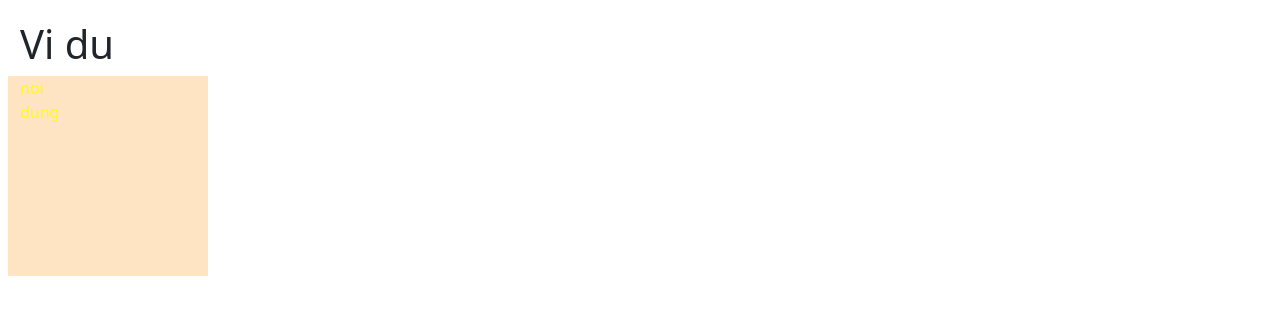
Repository: thanhp6868/ltWeb
Page: 0410/1/1.html
An editor plug-in stored every save of this project. The page is shown before and after the next save, followed by the edit.
The browser window is 1280 px wide. The pictures show the whole page.
The pointer rests on the first visible `#vidu_transition`.

Above is the page before, as saved 2023-10-04 13:57:47.

### 0410/1/1.html
<!DOCTYPE html>
<html lang="en">

<head>
    <meta charset="UTF-8">
    <link href="https://cdn.jsdelivr.net/npm/bootstrap@5.2.3/dist/css/bootstrap.min.css" rel="stylesheet"
        integrity="sha384-rbsA2VBKQhggwzxH7pPCaAqO46MgnOM80zW1RWuH61DGLwZJEdK2Kadq2F9CUG65" crossorigin="anonymous">
    <meta name="viewport" content="width=device-width, initial-scale=1.0">
    <link rel="stylesheet" type="" href="style1.css">
    <title>Document</title>
</head>

<body style="padding: 20px;">
    <h1>Vi du</h1>
    <div class="row">
        <div id="vidu_transition">
            <div class="col-3" ,>
                noi dung
            </div>
        </div>
    </div>
</body>

</html>

### 0410/1/style1.css
#vidu_transition{
    height: 100px;
    width: 100px;
    background-color: bisque;
    transition: 0.5s;

}
#vidu_transition:hover{
        height: 200px;
        width: 200px;
        color: yellow;
}

After the next save:
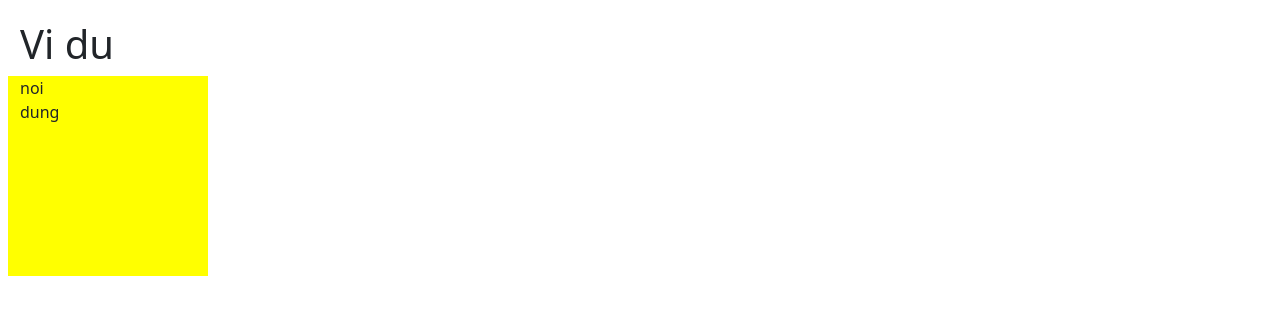
Saved 7 s later.
--- a/0410/1/style1.css
+++ b/0410/1/style1.css
@@ -8,5 +8,5 @@
 #vidu_transition:hover{
         height: 200px;
         width: 200px;
-        color: yellow;
+        background-color: yellow;
 }
